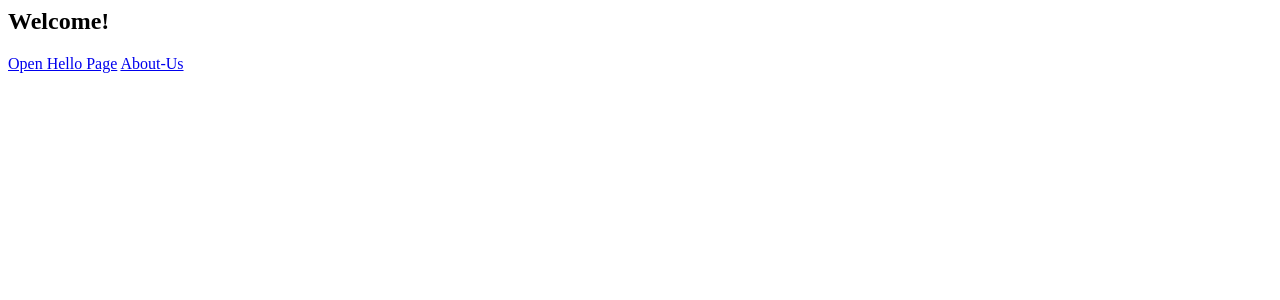
Repository: deepak-bisen/Spring
Page: http://localhost/SpringWebMvc/
An editor plug-in stored every save of this project. The page is shown before and after the next save, followed by the edit.
The browser window is 1280 px wide. The pictures show the whole page.
The page is served by Tomcat 9. Other server files are loaded and not shown.

Above is the page before, as saved 2025-07-01 11:21:50.

### SpringWebMvc/src/main/webapp/index.jsp
<html>
<body>
<h2>Welcome!</h2>

<a href = "helloPage">Open Hello Page</a>
<a href = "aboutUs"> About-Us</a>
</body>
</html>

After the next save:
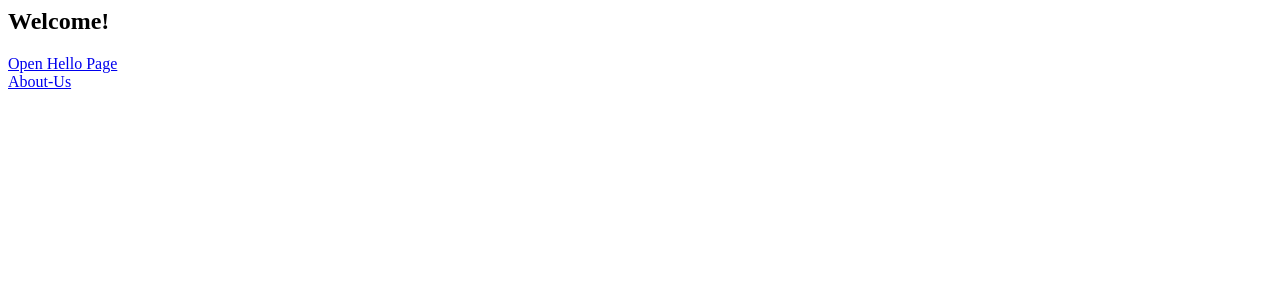
Saved 64 s later.
--- a/SpringWebMvc/src/main/webapp/index.jsp
+++ b/SpringWebMvc/src/main/webapp/index.jsp
@@ -2,7 +2,7 @@
 <body>
 <h2>Welcome!</h2>
 
-<a href = "helloPage">Open Hello Page</a>
+<a href = "helloPage">Open Hello Page</a><br>
 <a href = "aboutUs"> About-Us</a>
 </body>
 </html>
